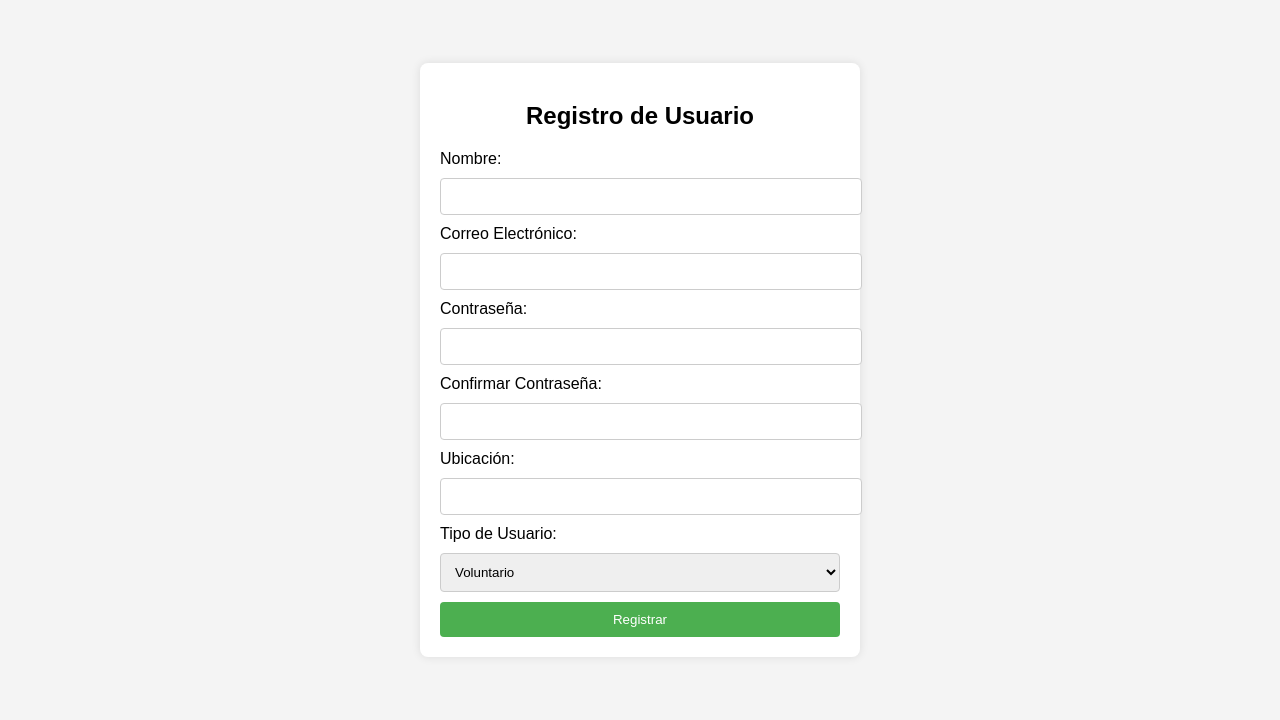
Repository: HiramRego2003/proyecto_IA
Page: http://localhost/register
An editor plug-in stored every save of this project. The page is shown before and after the next save, followed by the edit.
The browser window is 1280 px wide. The pictures show the whole page.
The page is served by the project's Laravel application, run on PHP 8.4 with Laravel 9.

Above is the page before, as saved 2024-08-16 10:34:45.

After the next save:
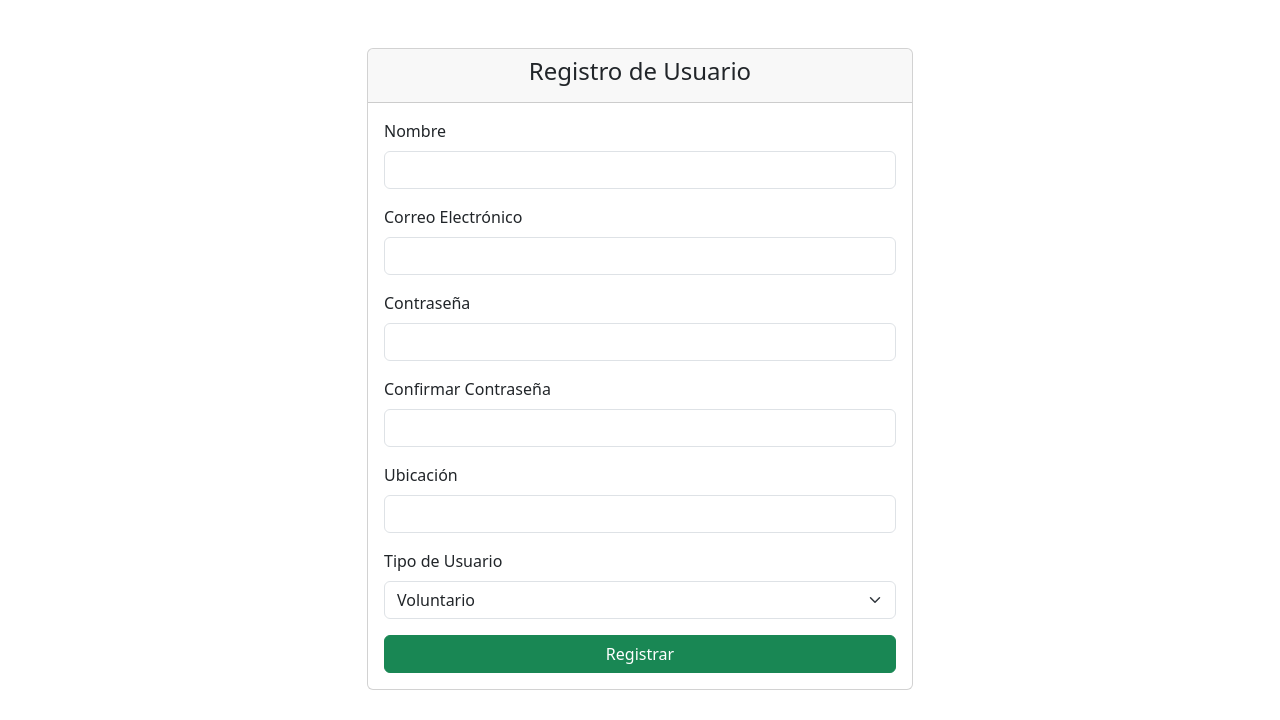
Saved 100 s later.
--- a/resources/views/register.blade.php
+++ b/resources/views/register.blade.php
@@ -4,97 +4,74 @@
     <meta charset="UTF-8">
     <meta name="viewport" content="width=device-width, initial-scale=1.0">
     <title>Registro de Usuario</title>
-    <style>
-        body {
-            font-family: Arial, sans-serif;
-            background-color: #f4f4f4;
-            display: flex;
-            justify-content: center;
-            align-items: center;
-            height: 100vh;
-            margin: 0;
-        }
-        .form-container {
-            background-color: #fff;
-            padding: 20px;
-            border-radius: 8px;
-            box-shadow: 0 0 10px rgba(0, 0, 0, 0.1);
-            width: 100%;
-            max-width: 400px;
-        }
-        .form-container h2 {
-            text-align: center;
-            margin-bottom: 20px;
-        }
-        .form-container input[type="text"],
-        .form-container input[type="email"],
-        .form-container input[type="password"],
-        .form-container select {
-            width: 100%;
-            padding: 10px;
-            margin: 10px 0;
-            border-radius: 4px;
-            border: 1px solid #ccc;
-        }
-        .form-container input[type="submit"] {
-            background-color: #4CAF50;
-            color: white;
-            padding: 10px 15px;
-            border: none;
-            border-radius: 4px;
-            cursor: pointer;
-            width: 100%;
-        }
-        .form-container input[type="submit"]:hover {
-            background-color: #45a049;
-        }
-        .error {
-            color: red;
-            margin-bottom: 15px;
-        }
-    </style>
+    <link href="https://cdn.jsdelivr.net/npm/bootstrap@5.3.0/dist/css/bootstrap.min.css" rel="stylesheet">
 </head>
 <body>
 
-<div class="form-container">
-    <h2>Registro de Usuario</h2>
+<div class="container mt-5">
+    <div class="row justify-content-center">
+        <div class="col-md-6">
+            <div class="card">
+                <div class="card-header text-center">
+                    <h4>Registro de Usuario</h4>
+                </div>
+                <div class="card-body">
+                    @if ($errors->any())
+                        <div class="alert alert-danger">
+                            <ul>
+                                @foreach ($errors->all() as $error)
+                                    <li>{{ $error }}</li>
+                                @endforeach
+                            </ul>
+                        </div>
+                    @endif
 
-    @if ($errors->any())
-        <div class="error">
-            <ul>
-                @foreach ($errors->all() as $error)
-                    <li>{{ $error }}</li>
-                @endforeach
-            </ul>
+                    <form action="{{ route('usuarios.store') }}" method="POST">
+                        @csrf
+
+                        <div class="mb-3">
+                            <label for="nombre" class="form-label">Nombre</label>
+                            <input type="text" class="form-control" id="nombre" name="nombre" value="{{ old('nombre') }}" required>
+                        </div>
+
+                        <div class="mb-3">
+                            <label for="email" class="form-label">Correo Electrónico</label>
+                            <input type="email" class="form-control" id="email" name="email" value="{{ old('email') }}" required>
+                        </div>
+
+                        <div class="mb-3">
+                            <label for="password" class="form-label">Contraseña</label>
+                            <input type="password" class="form-control" id="password" name="password" required>
+                        </div>
+
+                        <div class="mb-3">
+                            <label for="password_confirmation" class="form-label">Confirmar Contraseña</label>
+                            <input type="password" class="form-control" id="password_confirmation" name="password_confirmation" required>
+                        </div>
+
+                        <div class="mb-3">
+                            <label for="ubicacion" class="form-label">Ubicación</label>
+                            <input type="text" class="form-control" id="ubicacion" name="ubicacion" value="{{ old('ubicacion') }}">
+                        </div>
+
+                        <div class="mb-3">
+                            <label for="tipo" class="form-label">Tipo de Usuario</label>
+                            <select class="form-select" id="tipo" name="tipo" required>
+                                <option value="voluntario" {{ old('tipo') == 'voluntario' ? 'selected' : '' }}>Voluntario</option>
+                                <option value="organizacion" {{ old('tipo') == 'organizacion' ? 'selected' : '' }}>Organización</option>
+                            </select>
+                        </div>
+
+                        <div class="d-grid gap-2">
+                            <button type="submit" class="btn btn-success">Registrar</button>
+                        </div>
+                    </form>
+                </div>
+            </div>
         </div>
-    @endif
-
-    <form action="{{ route('usuarios.store') }}" method="POST">
-        @csrf
-        <label for="nombre">Nombre:</label>
-        <input type="text" id="nombre" name="nombre" value="{{ old('nombre') }}" required>
-
-        <label for="email">Correo Electrónico:</label>
-        <input type="email" id="email" name="email" value="{{ old('email') }}" required>
-
-        <label for="password">Contraseña:</label>
-        <input type="password" id="password" name="password" required>
-
-        <label for="password_confirmation">Confirmar Contraseña:</label>
-        <input type="password" id="password_confirmation" name="password_confirmation" required>
-
-        <label for="ubicacion">Ubicación:</label>
-        <input type="text" id="ubicacion" name="ubicacion" value="{{ old('ubicacion') }}">
-
-        <label for="tipo">Tipo de Usuario:</label>
-        <select id="tipo" name="tipo" required>
-            <option value="voluntario" {{ old('tipo') == 'voluntario' ? 'selected' : '' }}>Voluntario</option>
-            <option value="organizacion" {{ old('tipo') == 'organizacion' ? 'selected' : '' }}>Organización</option>
-        </select>
-
-        <input type="submit" value="Registrar">
-    </form>
+    </div>
 </div>
 
+<script src="https://cdn.jsdelivr.net/npm/bootstrap@5.3.0/dist/js/bootstrap.bundle.min.js"></script>
 </body>
 </html>
